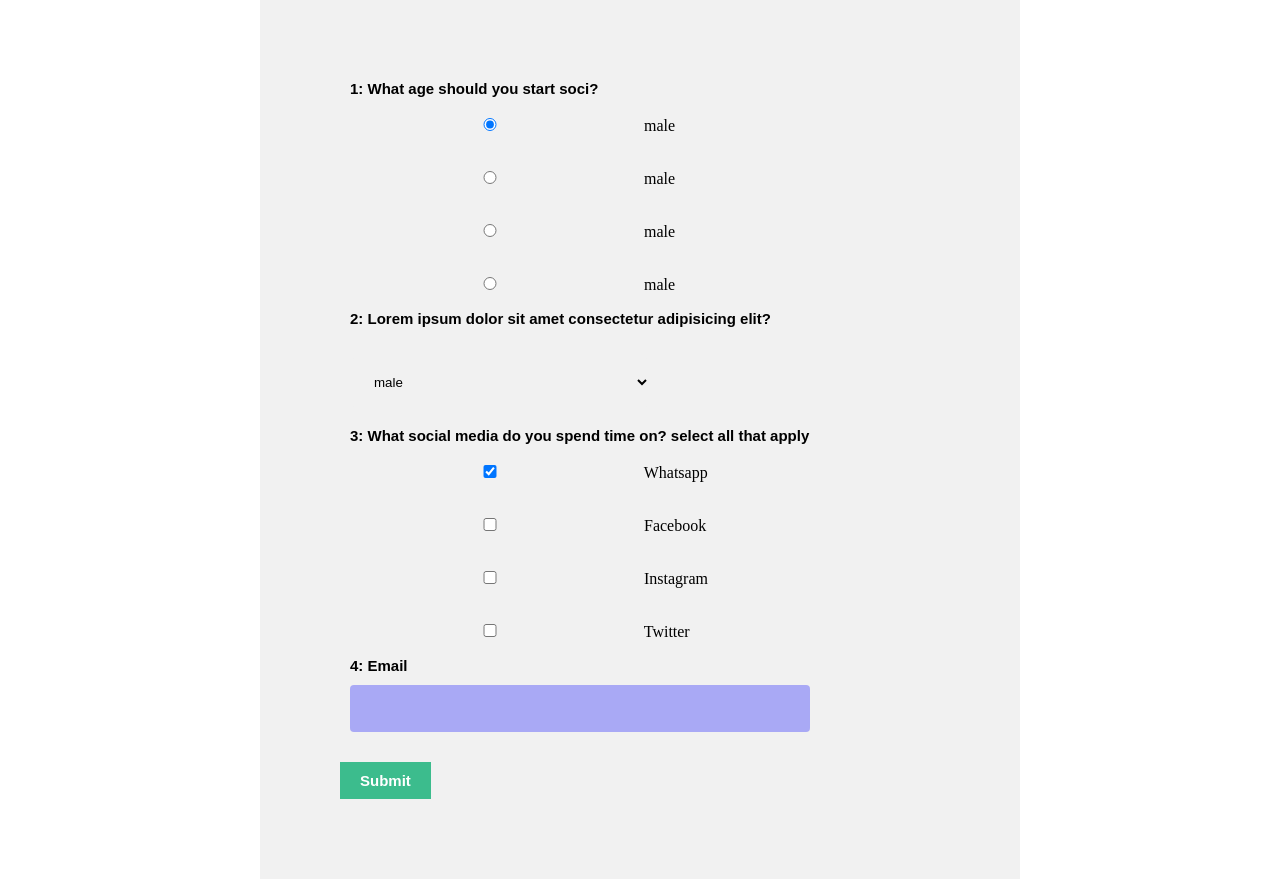
Repository: Grace229/Hasob-form
Page: index.html
These files come from the project's save history. The page is drawn as it stood at one moment and after a run of saves; the edit follows.
The browser window is 1280 px wide. The pictures show the whole page.

Above is the page before, as saved 2020-12-27 21:09:24.

After the next 3 saves:
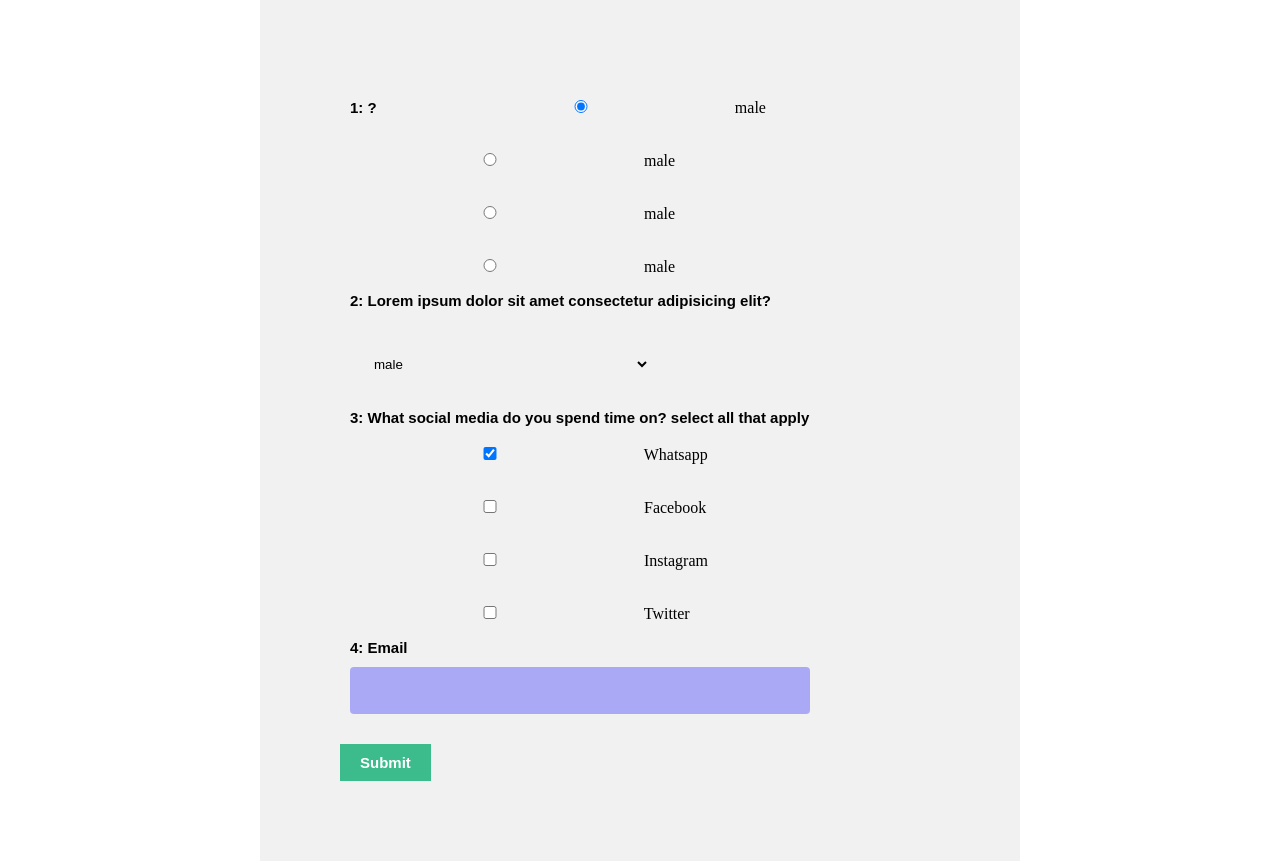
The 3 saves are shown as one change because they came seconds apart.
The last was saved 10 s later.
--- a/index.html
+++ b/index.html
@@ -10,7 +10,7 @@
     <form>
         <!-- radio button -->
         <div>
-            <label class="question" for="">1: What age should you start soci? </label>
+            <label class="question" for="">1: ? </label>
                 <input type="radio" name="gender" value="male" class="input" checked>
                 <label> male</label>
                 <input type="radio" name="gender" value="male" class="input">
